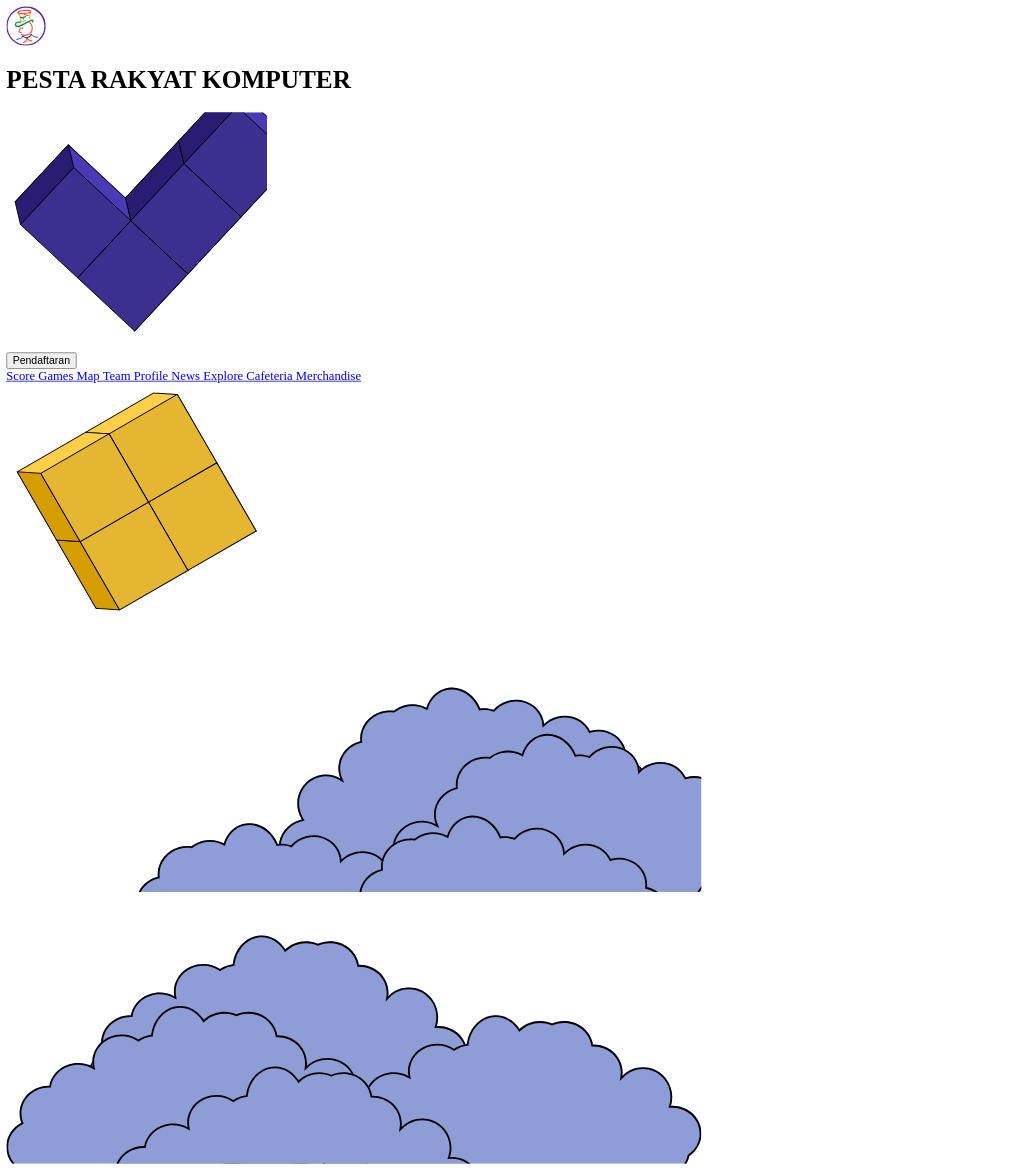
Repository: risalstrr/RegistPerak
Page: /
The author's editor kept a copy of each file at every save. The page is drawn from the files as they stood at one save, then again after the next save.
The browser window is 1280 px wide. The pictures show the whole page, at 79% of full size.
The project was rebuilt for these pictures with package versions that can differ from the ones it lists, and the page was loaded fresh each time. The framework's server and built-in components were replaced by stand-ins that run in the browser. Also part of the build but not shown: next.config.js.

Above is the page before, as saved 2021-12-29 20:10:06.

### pages/index.js
import Head from 'next/head'
import Image from 'next/image'
import { useState } from 'react'
// import styles from '../styles/Home.module.css'

export default function Home() {
    const [isMobile, setIsMobile] = useState(false)
    return ( <
        div className = "bg-[#EBC761] w-full min-h-screen" >
        <
        Head >
        <
        title > Homepage Pendaftaran < /title> <
        /Head> <
        div className = ' flex flex-col lg:flex-row bg-[#F1D78E]' >
        <
        div className = 'bg-[#F1D78E] border-b lg:border-b-0 flex items-center justify-between' >
        <
        div className = 'flex items-center' >
        <
        div className = 'relative pt-2 pl-2' >
        <
        Image src = "/logoPerak.svg"
        width = { 50 }
        height = { 50 }
        alt = "logoPerak" /
        >
        <
        /div> <
        div className = 'text-sm md: pl-3 font-bold font-sans' >
        <
        h1 > PESTA RAKYAT KOMPUTER < /h1> <
        /div> <
        /div> <
        div className = 'pr-5 block lg:hidden' >
        <
        div className = 'lg:block lg:absolute bottom-32 right-0' >
        <
        Image src = "/biru.svg"
        width = { 330 }
        height = { 300 }
        alt = "biru" /
        >
        <
        /div> <
        button className = 'font-bold font-sans'
        onClick = {
            () => setIsMobile(true) } > Pendaftaran < /button> <
        /div> <
        /div> <
        div className = 'lg:flex flex-col lg:flex-row justify-end bg-[#F1D78E] w-full py-4 lg:py-0 hidden md:hidden' >
        <
        div className = ' flex flex-col lg:flex-row' >
        <
        a href = "#"
        className = 'block px-4 py-3 lg:py-4 text-sm font-bold font-sans ' > Score < /a> <
        a href = "#"
        className = 'block px-4 py-3 lg:py-4 text-sm font-bold font-sans' > Games Map < /a> <
        a href = "#"
        className = 'block px-4 py-3 lg:py-4 text-sm font-bold font-sans' > Team Profile < /a> <
        a href = "#"
        className = 'block px-4 py-3 lg:py-4 text-sm font-bold font-sans' > News < /a> <
        a href = "#"
        className = 'block px-4 py-3 lg:py-4 text-sm font-bold font-sans' > Explore Cafeteria < /a> <
        a href = "#"
        className = 'block px-4 py-3 lg:py-4 text-sm font-bold font-sans' > Merchandise < /a> <
        /div> <
        /div> <
        /div>

        <
        div className = 'absolute top-40 right-80' >
        <
        Image src = "/kuning.svg"
        width = { 330 }
        height = { 300 }
        alt = "kuning" /
        >
        <
        /div> <
        div className = 'hidden lg:block lg:absolute -bottom-14 right-0' >
        <
        Image src = "/rightcloud.svg"
        width = { 880 }
        height = { 340 }
        alt = "cloud" /
        >

        <
        /div> <
        div className = 'hidden lg:block lg:absolute -bottom-14 -left-6' >
        <
        Image src = "/leftcloud.svg"
        width = { 880 }
        height = { 340 }
        alt = "cloud" /
        >

        <
        /div> <
        /div>
    )
}

After the next save:
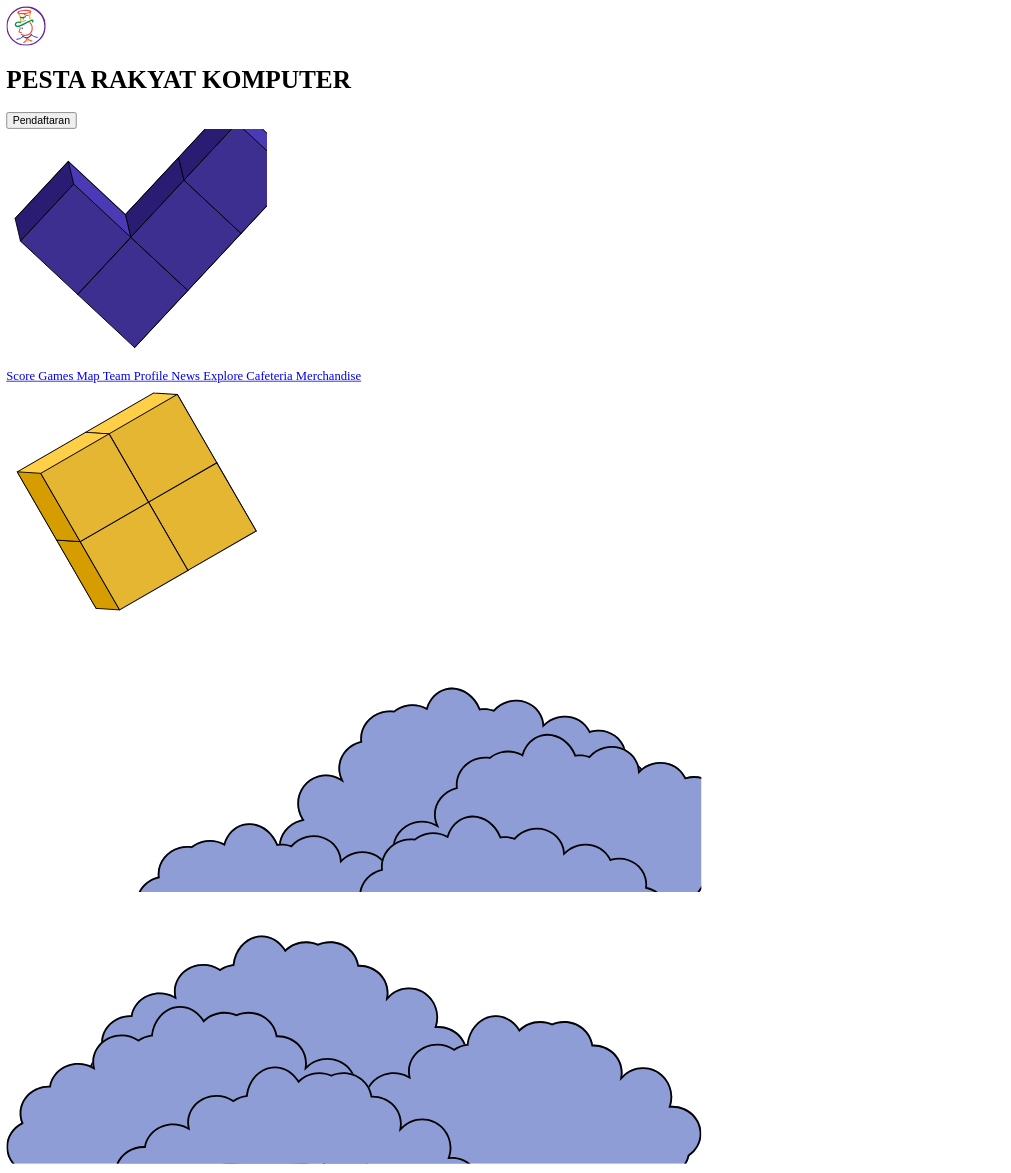
Saved 4 s later.
--- a/pages/index.js
+++ b/pages/index.js
@@ -34,6 +34,9 @@ export default function Home() {
         /div> <
         div className = 'pr-5 block lg:hidden' >
         <
+        button className = 'font-bold font-sans'
+        onClick = {
+            () => setIsMobile(true) } > Pendaftaran < /button> <
         div className = 'lg:block lg:absolute bottom-32 right-0' >
         <
         Image src = "/biru.svg"
@@ -43,9 +46,6 @@ export default function Home() {
         >
         <
         /div> <
-        button className = 'font-bold font-sans'
-        onClick = {
-            () => setIsMobile(true) } > Pendaftaran < /button> <
         /div> <
         /div> <
         div className = 'lg:flex flex-col lg:flex-row justify-end bg-[#F1D78E] w-full py-4 lg:py-0 hidden md:hidden' >
